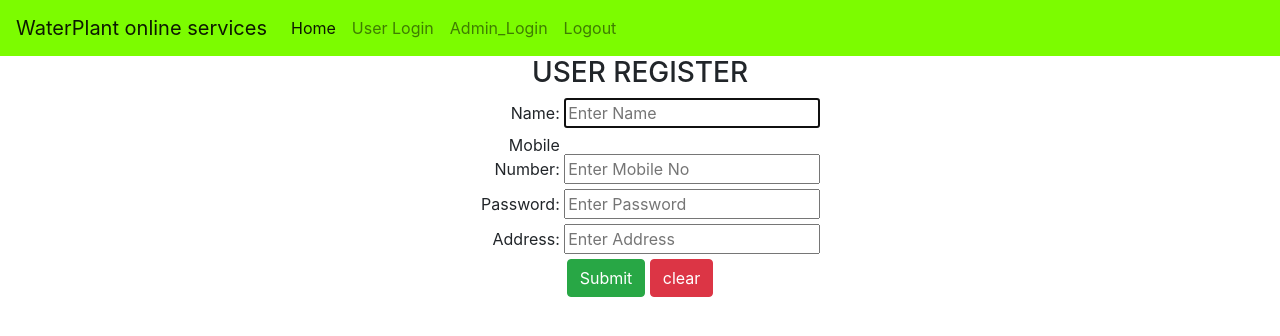
Repository: SHARMILAG97/WebApplication
Page: http://localhost/waterplant_web/userregister.jsp
The author's editor kept a copy of each file at every save. The page is drawn from the files as they stood at one save, then again after the next save.
The browser window is 1280 px wide. The pictures show the whole page.
The page is served by Tomcat 9. Other server files are loaded and not shown.

Above is the page before, as saved 2019-09-18 09:15:14.
Console error: TypeError: Cannot read properties of undefined (reading 'fn')

### waterplant_web/src/main/webapp/userregister.jsp
<%@ page language="java" contentType="text/html; charset=ISO-8859-1"
    pageEncoding="ISO-8859-1"%>
<!DOCTYPE html>
<html>
<head>
<meta charset="ISO-8859-1">
<title>UserRegister</title>
<link rel="stylesheet" href="css/bootstrap.min.css">
<script src="js/bootstrap.min.js"></script>
<script src="js/jquery-3.4.1.min.js"></script>


<style type="text/css">
   label{
  width: 100px;
  display: inline-block;
  text-align: right;
   }
</style>



</head>


<body style="text-align:center">

<jsp:include page="headers.jsp"></jsp:include>
<%
String message = request.getParameter("message");
if (message != null){
	out.println("<font color='red'>" + message + "</font>");
}
%>

<script>

function register() {
    //alert('register');
    event.preventDefault();
    var name = document.getElementById("name").value;
    var mobileno = document.getElementById("mobileno").value;
    var password = document.getElementById("password").value;
    var address = document.getElementById("address").value;
    var formData = "name="+name+ "&mobileno=" + mobileno + "&password=" + password+ "&address="+address;
    console.log(formData);

    var url = "http://localhost:8080/waterplant_web/RegisterServlet?" + formData;
    console.log(url);
    var formData = {};
    $.get(url, function(response) {
        console.log(response);
        alert(response);
        var msg=JSON.parse(response);
       // alert(msg.errorMessage);
        if (msg.errorMessage!=null) {
            alert("Invalid Values");
            window.location.href = "userregister.jsp";
        } else {
            alert("successful Register");
            window.location.href = "userlogin.jsp";
        }
    });
}


</script>
<h3>USER REGISTER</h3>

<form onsubmit="register()">
<label>Name:</label>
<input type="text" name="name" id="name" placeholder="Enter Name" required autofocus/>
<br/>

<label>Mobile Number:</label>
<input type="number" name="mobileno" id="mobileno" placeholder="Enter Mobile No" required />
<br/>

<label>Password:</label>
<!--<input type="password" name="password" id="password" placeholder="Enter Password" required />  -->
<input type="password" name="password" id="password" placeholder="Enter Password" required
 pattern="(?=.*\d)(?=.*[a-z])(?=.*[A-Z]).{8,}"
 title="Must contain at least one number and one uppercase and lowercase letter, and at least 8 or more characters required "/>
<br/>
<label>Address:</label>
<input type="text" name="address" id="address" placeholder="Enter Address" required />
<br/>
<input type="submit" value="Submit" class="btn btn-success">
<button type="reset" class="btn btn-danger" value="clear">clear</button>
</form>

</body>
</html>

### waterplant_web/src/main/webapp/headers.jsp

<nav class="navbar navbar-expand-md navbar-light" style="background-color: #7CFC00;">
 <a class="navbar-brand" href="index.jsp">WaterPlant online services</a>
 <button class="navbar-toggler" type="button" data-toggle="collapse" data-target="#navbarCollapse" aria-controls="navbarCollapse" aria-expanded="false" aria-label="Toggle navigation">
   <span class="navbar-toggler-icon"></span>
 </button>
 <div class="collapse navbar-collapse" id="navbarCollapse">
   <ul class="navbar-nav mr-auto">
     <li class="nav-item active">
       <a class="nav-link" href="index.jsp">Home</a>
     </li>

     <li class="nav-item">
       <a class="nav-link " href="userlogin.jsp">User Login</a>
     </li>
     <li class="nav-item">
       <a class="nav-link " href="adminlogin.jsp">Admin_Login</a>
     </li>
      <li class="nav-item">
       <a class="nav-link " href="index.jsp">Logout</a>
     </li>

   </ul>
 <!--   <form class="form-inline mt-2 mt-md-0">
   <input class="form-control mr-sm-2" type="text" placeholder="Search" aria-label="Search">
     <button class="btn btn-outline-success my-2 my-sm-0" type="submit">Search</button>
   </form>-->
 </div>
</nav>

Loaded but not shown: waterplant_web/src/main/webapp/css/bootstrap.min.css (library); waterplant_web/src/main/webapp/js/bootstrap.min.js (library); waterplant_web/src/main/webapp/js/jquery-3.4.1.min.js (library)

After the next save:
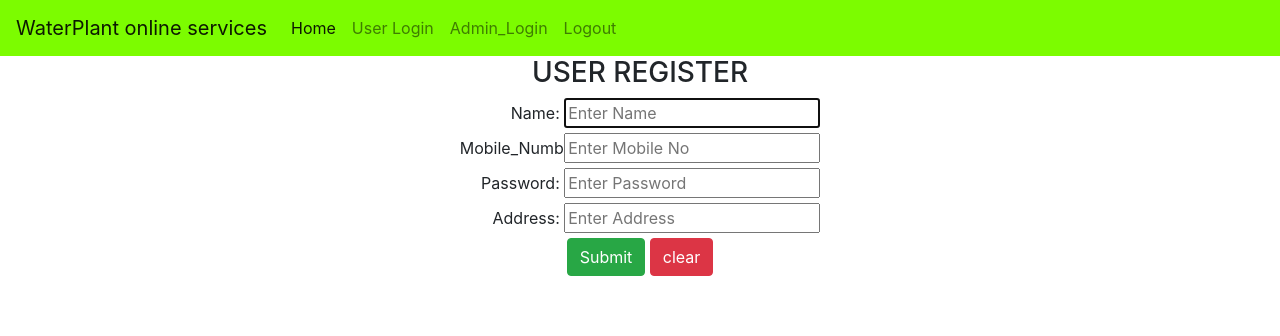
Saved 2 min 34 s later.
--- a/waterplant_web/src/main/webapp/userregister.jsp
+++ b/waterplant_web/src/main/webapp/userregister.jsp
@@ -72,7 +72,7 @@ function register() {
 <input type="text" name="name" id="name" placeholder="Enter Name" required autofocus/>
 <br/>
 
-<label>Mobile Number:</label>
+<label>Mobile_Number:</label>
 <input type="number" name="mobileno" id="mobileno" placeholder="Enter Mobile No" required />
 <br/>
 
